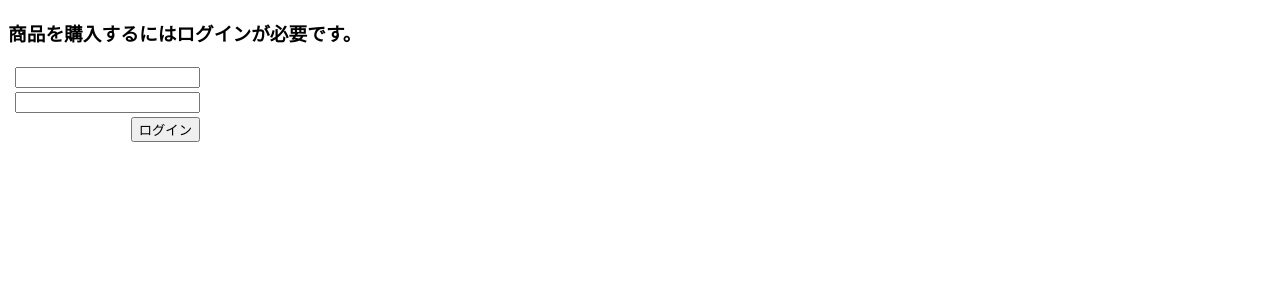
Repository: yuuukihara/test2
Page: http://localhost/website/login.jsp
The author's editor kept a copy of each file at every save. The page is drawn from the files as they stood at one save, then again after the next save.
The browser window is 1280 px wide. The pictures show the whole page.
The page is served by Tomcat 9.

Above is the page before, as saved 2018-09-19 02:48:34.

After the next save:
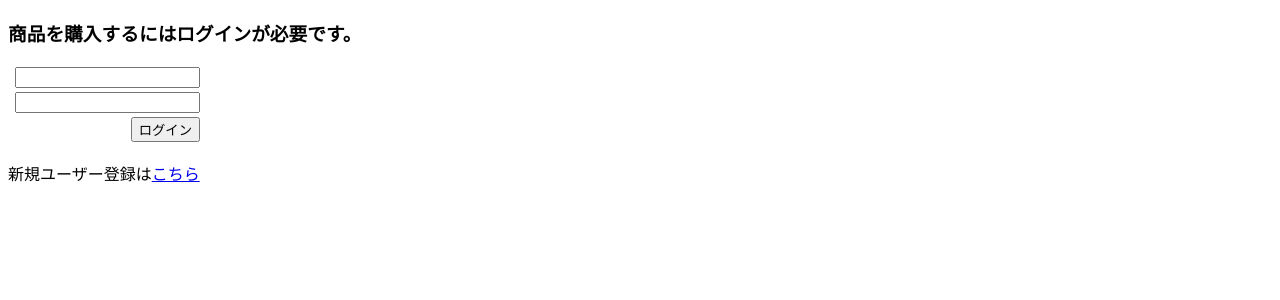
Saved 63 min 58 s later.
--- a/website/WebContent/login.jsp
+++ b/website/WebContent/login.jsp
@@ -17,5 +17,8 @@
 	<s:submit value="ログイン"/>
 </s:form>
 
+<p>
+	新規ユーザー登録は<a href='<s:url action="UserCreateAction"/>'>こちら</a>
+</p>
 </body>
 </html>
